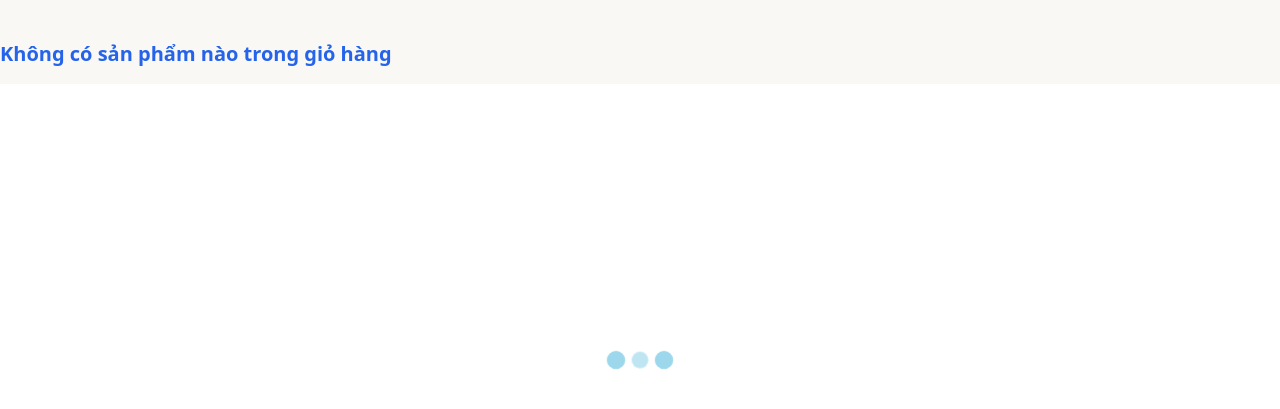
Repository: hungtuan/react-hook-shop
Page: /
These files come from the project's save history. The page is drawn as it stood at one moment and after the next save; the edit follows.
The browser window is 1280 px wide. The pictures show the whole page.
The page's requests for data from a server got no answer. The project was rebuilt for these pictures with package versions that can differ from the ones it lists, and the page was loaded fresh each time. No one was signed in, and anything a server would have sent is missing. Also part of the build but not shown: vite.config.js, src/components/Button/Button.jsx, src/components/ShoppingCard/CardItem.jsx, src/components/ShoppingCart/action.js, src/components/ShoppingCart/CartItem.jsx.

Above is the page before, as saved 2023-11-18 23:55:19.

### index.html
<!DOCTYPE html>
<html lang="en">
    <head>
        <meta charset="UTF-8" />
        <link rel="icon" type="image/svg+xml" href="/vite.svg" />
        <meta name="viewport" content="width=device-width, initial-scale=1.0" />
        <title>Vite + React</title>
        <link rel="stylesheet" href="./style.css" />
    </head>
    <body>
        <div id="root"></div>
        <script type="module" src="/src/main.jsx"></script>
    </body>
</html>

### style.css
/*
! tailwindcss v3.3.5 | MIT License | https://tailwindcss.com
*/

/*
1. Prevent padding and border from affecting element width. (https://github.com/mozdevs/cssremedy/issues/4)
2. Allow adding a border to an element by just adding a border-width. (https://github.com/tailwindcss/tailwindcss/pull/116)
*/

*,
::before,
::after {
  box-sizing: border-box;
  /* 1 */
  border-width: 0;
  /* 2 */
  border-style: solid;
  /* 2 */
  border-color: #e5e7eb;
  /* 2 */
}

::before,
::after {
  --tw-content: '';
}

/*
1. Use a consistent sensible line-height in all browsers.
2. Prevent adjustments of font size after orientation changes in iOS.
3. Use a more readable tab size.
4. Use the user's configured `sans` font-family by default.
5. Use the user's configured `sans` font-feature-settings by default.
6. Use the user's configured `sans` font-variation-settings by default.
*/

html {
  line-height: 1.5;
  /* 1 */
  -webkit-text-size-adjust: 100%;
  /* 2 */
  -moz-tab-size: 4;
  /* 3 */
  -o-tab-size: 4;
     tab-size: 4;
  /* 3 */
  font-family: ui-sans-serif, system-ui, -apple-system, BlinkMacSystemFont, "Segoe UI", Roboto, "Helvetica Neue", Arial, "Noto Sans", sans-serif, "Apple Color Emoji", "Segoe UI Emoji", "Segoe UI Symbol", "Noto Color Emoji";
  /* 4 */
  font-feature-settings: normal;
  /* 5 */
  font-variation-settings: normal;
  /* 6 */
}

/*
1. Remove the margin in all browsers.
2. Inherit line-height from `html` so users can set them as a class directly on the `html` element.
*/

body {
  margin: 0;
  /* 1 */
  line-height: inherit;
  /* 2 */
}

/*
1. Add the correct height in Firefox.
2. Correct the inheritance of border color in Firefox. (https://bugzilla.mozilla.org/show_bug.cgi?id=190655)
3. Ensure horizontal rules are visible by default.
*/

hr {
  height: 0;
  /* 1 */
  color: inherit;
  /* 2 */
  border-top-width: 1px;
  /* 3 */
}

/*
Add the correct text decoration in Chrome, Edge, and Safari.
*/

abbr:where([title]) {
  -webkit-text-decoration: underline dotted;
          text-decoration: underline dotted;
}

/*
Remove the default font size and weight for headings.
*/

h1,
h2,
h3,
h4,
h5,
h6 {
  font-size: inherit;
  font-weight: inherit;
}

/*
Reset links to optimize for opt-in styling instead of opt-out.
*/

a {
  color: inherit;
  text-decoration: inherit;
}

/*
Add the correct font weight in Edge and Safari.
*/

b,
strong {
  font-weight: bolder;
}

/*
1. Use the user's configured `mono` font family by default.
2. Correct the odd `em` font sizing in all browsers.
*/

code,
kbd,
samp,
pre {
  font-family: ui-monospace, SFMono-Regular, Menlo, Monaco, Consolas, "Liberation Mono", "Courier New", monospace;
  /* 1 */
  font-size: 1em;
  /* 2 */
}

/*
Add the correct font size in all browsers.
*/

small {
  font-size: 80%;
}

/*
Prevent `sub` and `sup` elements from affecting the line height in all browsers.
*/

sub,
sup {
  font-size: 75%;
  line-height: 0;
  position: relative;
  vertical-align: baseline;
}

sub {
  bottom: -0.25em;
}

sup {
  top: -0.5em;
}

/*
1. Remove text indentation from table contents in Chrome and Safari. (https://bugs.chromium.org/p/chromium/issues/detail?id=999088, https://bugs.webkit.org/show_bug.cgi?id=201297)
2. Correct table border color inheritance in all Chrome and Safari. (https://bugs.chromium.org/p/chromium/issues/detail?id=935729, https://bugs.webkit.org/show_bug.cgi?id=195016)
3. Remove gaps between table borders by default.
*/

table {
  text-indent: 0;
  /* 1 */
  border-color: inherit;
  /* 2 */
  border-collapse: collapse;
  /* 3 */
}

/*
1. Change the font styles in all browsers.
2. Remove the margin in Firefox and Safari.
3. Remove default padding in all browsers.
*/

button,
input,
optgroup,
select,
textarea {
  font-family: inherit;
  /* 1 */
  font-feature-settings: inherit;
  /* 1 */
  font-variation-settings: inherit;
  /* 1 */
  font-size: 100%;
  /* 1 */
  font-weight: inherit;
  /* 1 */
  line-height: inherit;
  /* 1 */
  color: inherit;
  /* 1 */
  margin: 0;
  /* 2 */
  padding: 0;
  /* 3 */
}

/*
Remove the inheritance of text transform in Edge and Firefox.
*/

button,
select {
  text-transform: none;
}

/*
1. Correct the inability to style clickable types in iOS and Safari.
2. Remove default button styles.
*/

button,
[type='button'],
[type='reset'],
[type='submit'] {
  -webkit-appearance: button;
  /* 1 */
  background-color: transparent;
  /* 2 */
  background-image: none;
  /* 2 */
}

/*
Use the modern Firefox focus style for all focusable elements.
*/

:-moz-focusring {
  outline: auto;
}

/*
Remove the additional `:invalid` styles in Firefox. (https://github.com/mozilla/gecko-dev/blob/2f9eacd9d3d995c937b4251a5557d95d494c9be1/layout/style/res/forms.css#L728-L737)
*/

:-moz-ui-invalid {
  box-shadow: none;
}

/*
Add the correct vertical alignment in Chrome and Firefox.
*/

progress {
  vertical-align: baseline;
}

/*
Correct the cursor style of increment and decrement buttons in Safari.
*/

::-webkit-inner-spin-button,
::-webkit-outer-spin-button {
  height: auto;
}

/*
1. Correct the odd appearance in Chrome and Safari.
2. Correct the outline style in Safari.
*/

[type='search'] {
  -webkit-appearance: textfield;
  /* 1 */
  outline-offset: -2px;
  /* 2 */
}

/*
Remove the inner padding in Chrome and Safari on macOS.
*/

::-webkit-search-decoration {
  -webkit-appearance: none;
}

/*
1. Correct the inability to style clickable types in iOS and Safari.
2. Change font properties to `inherit` in Safari.
*/

::-webkit-file-upload-button {
  -webkit-appearance: button;
  /* 1 */
  font: inherit;
  /* 2 */
}

/*
Add the correct display in Chrome and Safari.
*/

summary {
  display: list-item;
}

/*
Removes the default spacing and border for appropriate elements.
*/

blockquote,
dl,
dd,
h1,
h2,
h3,
h4,
h5,
h6,
hr,
figure,
p,
pre {
  margin: 0;
}

fieldset {
  margin: 0;
  padding: 0;
}

legend {
  padding: 0;
}

ol,
ul,
menu {
  list-style: none;
  margin: 0;
  padding: 0;
}

/*
Reset default styling for dialogs.
*/

dialog {
  padding: 0;
}

/*
Prevent resizing textareas horizontally by default.
*/

textarea {
  resize: vertical;
}

/*
1. Reset the default placeholder opacity in Firefox. (https://github.com/tailwindlabs/tailwindcss/issues/3300)
2. Set the default placeholder color to the user's configured gray 400 color.
*/

input::-moz-placeholder, textarea::-moz-placeholder {
  opacity: 1;
  /* 1 */
  color: #9ca3af;
  /* 2 */
}

input::placeholder,
textarea::placeholder {
  opacity: 1;
  /* 1 */
  color: #9ca3af;
  /* 2 */
}

/*
Set the default cursor for buttons.
*/

button,
[role="button"] {
  cursor: pointer;
}

/*
Make sure disabled buttons don't get the pointer cursor.
*/

:disabled {
  cursor: default;
}

/*
1. Make replaced elements `display: block` by default. (https://github.com/mozdevs/cssremedy/issues/14)
2. Add `vertical-align: middle` to align replaced elements more sensibly by default. (https://github.com/jensimmons/cssremedy/issues/14#issuecomment-634934210)
   This can trigger a poorly considered lint error in some tools but is included by design.
*/

img,
svg,
video,
canvas,
audio,
iframe,
embed,
object {
  display: block;
  /* 1 */
  vertical-align: middle;
  /* 2 */
}

/*
Constrain images and videos to the parent width and preserve their intrinsic aspect ratio. (https://github.com/mozdevs/cssremedy/issues/14)
*/

img,
video {
  max-width: 100%;
  height: auto;
}

/* Make elements with the HTML hidden attribute stay hidden by default */

[hidden] {
  display: none;
}

*, ::before, ::after {
  --tw-border-spacing-x: 0;
  --tw-border-spacing-y: 0;
  --tw-translate-x: 0;
  --tw-translate-y: 0;
  --tw-rotate: 0;
  --tw-skew-x: 0;
  --tw-skew-y: 0;
  --tw-scale-x: 1;
  --tw-scale-y: 1;
  --tw-pan-x:  ;
  --tw-pan-y:  ;
  --tw-pinch-zoom:  ;
  --tw-scroll-snap-strictness: proximity;
  --tw-gradient-from-position:  ;
  --tw-gradient-via-position:  ;
  --tw-gradient-to-position:  ;
  --tw-ordinal:  ;
  --tw-slashed-zero:  ;
  --tw-numeric-figure:  ;
  --tw-numeric-spacing:  ;
  --tw-numeric-fraction:  ;
  --tw-ring-inset:  ;
  --tw-ring-offset-width: 0px;
  --tw-ring-offset-color: #fff;
  --tw-ring-color: rgb(59 130 246 / 0.5);
  --tw-ring-offset-shadow: 0 0 #0000;
  --tw-ring-shadow: 0 0 #0000;
  --tw-shadow: 0 0 #0000;
  --tw-shadow-colored: 0 0 #0000;
  --tw-blur:  ;
  --tw-brightness:  ;
  --tw-contrast:  ;
  --tw-grayscale:  ;
  --tw-hue-rotate:  ;
  --tw-invert:  ;
  --tw-saturate:  ;
  --tw-sepia:  ;
  --tw-drop-shadow:  ;
  --tw-backdrop-blur:  ;
  --tw-backdrop-brightness:  ;
  --tw-backdrop-contrast:  ;
  --tw-backdrop-grayscale:  ;
  --tw-backdrop-hue-rotate:  ;
  --tw-backdrop-invert:  ;
  --tw-backdrop-opacity:  ;
  --tw-backdrop-saturate:  ;
  --tw-backdrop-sepia:  ;
}

::backdrop {
  --tw-border-spacing-x: 0;
  --tw-border-spacing-y: 0;
  --tw-translate-x: 0;
  --tw-translate-y: 0;
  --tw-rotate: 0;
  --tw-skew-x: 0;
  --tw-skew-y: 0;
  --tw-scale-x: 1;
  --tw-scale-y: 1;
  --tw-pan-x:  ;
  --tw-pan-y:  ;
  --tw-pinch-zoom:  ;
  --tw-scroll-snap-strictness: proximity;
  --tw-gradient-from-position:  ;
  --tw-gradient-via-position:  ;
  --tw-gradient-to-position:  ;
  --tw-ordinal:  ;
  --tw-slashed-zero:  ;
  --tw-numeric-figure:  ;
  --tw-numeric-spacing:  ;
  --tw-numeric-fraction:  ;
  --tw-ring-inset:  ;
  --tw-ring-offset-width: 0px;
  --tw-ring-offset-color: #fff;
  --tw-ring-color: rgb(59 130 246 / 0.5);
  --tw-ring-offset-shadow: 0 0 #0000;
  --tw-ring-shadow: 0 0 #0000;
  --tw-shadow: 0 0 #0000;
  --tw-shadow-colored: 0 0 #0000;
  --tw-blur:  ;
  --tw-brightness:  ;
  --tw-contrast:  ;
  --tw-grayscale:  ;
  --tw-hue-rotate:  ;
  --tw-invert:  ;
  --tw-saturate:  ;
  --tw-sepia:  ;
  --tw-drop-shadow:  ;
  --tw-backdrop-blur:  ;
  --tw-backdrop-brightness:  ;
  --tw-backdrop-contrast:  ;
  --tw-backdrop-grayscale:  ;
  --tw-backdrop-hue-rotate:  ;
  --tw-backdrop-invert:  ;
  --tw-backdrop-opacity:  ;
  --tw-backdrop-saturate:  ;
  --tw-backdrop-sepia:  ;
}

.container {
  width: 100%;
}

@media (min-width: 640px) {
  .container {
    max-width: 640px;
  }
}

@media (min-width: 768px) {
  .container {
    max-width: 768px;
  }
}

@media (min-width: 1024px) {
  .container {
    max-width: 1024px;
  }
}

@media (min-width: 1280px) {
  .container {
    max-width: 1280px;
  }
}

@media (min-width: 1536px) {
  .container {
    max-width: 1536px;
  }
}

.fixed {
  position: fixed;
}

.m-auto {
  margin: auto;
}

.ml-2 {
  margin-left: 0.5rem;
}

.ml-3 {
  margin-left: 0.75rem;
}

.mr-3 {
  margin-right: 0.75rem;
}

.mt-2 {
  margin-top: 0.5rem;
}

.mt-7 {
  margin-top: 1.75rem;
}

.mt-20 {
  margin-top: 5rem;
}

.flex {
  display: flex;
}

.inline-flex {
  display: inline-flex;
}

.table {
  display: table;
}

.grid {
  display: grid;
}

.h-6 {
  height: 1.5rem;
}

.h-64 {
  height: 16rem;
}

.w-6 {
  width: 1.5rem;
}

.w-72 {
  width: 18rem;
}

.w-full {
  width: 100%;
}

.max-w-7xl {
  max-width: 80rem;
}

.table-auto {
  table-layout: auto;
}

.border-collapse {
  border-collapse: collapse;
}

.grid-cols-4 {
  grid-template-columns: repeat(4, minmax(0, 1fr));
}

.items-center {
  align-items: center;
}

.justify-center {
  justify-content: center;
}

.justify-between {
  justify-content: space-between;
}

.gap-4 {
  gap: 1rem;
}

.rounded-full {
  border-radius: 9999px;
}

.border {
  border-width: 1px;
}

.border-blue-700 {
  --tw-border-opacity: 1;
  border-color: rgb(29 78 216 / var(--tw-border-opacity));
}

.border-slate-500 {
  --tw-border-opacity: 1;
  border-color: rgb(100 116 139 / var(--tw-border-opacity));
}

.border-slate-700 {
  --tw-border-opacity: 1;
  border-color: rgb(51 65 85 / var(--tw-border-opacity));
}

.border-yellow-800 {
  --tw-border-opacity: 1;
  border-color: rgb(133 77 14 / var(--tw-border-opacity));
}

.object-cover {
  -o-object-fit: cover;
     object-fit: cover;
}

.px-0 {
  padding-left: 0px;
  padding-right: 0px;
}

.px-3 {
  padding-left: 0.75rem;
  padding-right: 0.75rem;
}

.py-0 {
  padding-top: 0px;
  padding-bottom: 0px;
}

.py-1 {
  padding-top: 0.25rem;
  padding-bottom: 0.25rem;
}

.py-2 {
  padding-top: 0.5rem;
  padding-bottom: 0.5rem;
}

.py-4 {
  padding-top: 1rem;
  padding-bottom: 1rem;
}

.pb-8 {
  padding-bottom: 2rem;
}

.pt-6 {
  padding-top: 1.5rem;
}

.text-justify {
  text-align: justify;
}

.text-2xl {
  font-size: 1.5rem;
  line-height: 2rem;
}

.text-lg {
  font-size: 1.125rem;
  line-height: 1.75rem;
}

.text-sm {
  font-size: 0.875rem;
  line-height: 1.25rem;
}

.text-xl {
  font-size: 1.25rem;
  line-height: 1.75rem;
}

.font-bold {
  font-weight: 700;
}

.italic {
  font-style: italic;
}

.text-\[\#beaeaa\] {
  --tw-text-opacity: 1;
  color: rgb(190 174 170 / var(--tw-text-opacity));
}

.text-amber-500 {
  --tw-text-opacity: 1;
  color: rgb(245 158 11 / var(--tw-text-opacity));
}

.text-gray-400 {
  --tw-text-opacity: 1;
  color: rgb(156 163 175 / var(--tw-text-opacity));
}

.text-green-600 {
  --tw-text-opacity: 1;
  color: rgb(22 163 74 / var(--tw-text-opacity));
}

.line-through {
  text-decoration-line: line-through;
}

.shadow-md {
  --tw-shadow: 0 4px 6px -1px rgb(0 0 0 / 0.1), 0 2px 4px -2px rgb(0 0 0 / 0.1);
  --tw-shadow-colored: 0 4px 6px -1px var(--tw-shadow-color), 0 2px 4px -2px var(--tw-shadow-color);
  box-shadow: var(--tw-ring-offset-shadow, 0 0 #0000), var(--tw-ring-shadow, 0 0 #0000), var(--tw-shadow);
}

.transition {
  transition-property: color, background-color, border-color, text-decoration-color, fill, stroke, opacity, box-shadow, transform, filter, -webkit-backdrop-filter;
  transition-property: color, background-color, border-color, text-decoration-color, fill, stroke, opacity, box-shadow, transform, filter, backdrop-filter;
  transition-property: color, background-color, border-color, text-decoration-color, fill, stroke, opacity, box-shadow, transform, filter, backdrop-filter, -webkit-backdrop-filter;
  transition-timing-function: cubic-bezier(0.4, 0, 0.2, 1);
  transition-duration: 150ms;
}

.ct-table-col {
  border-width: 1px;
  --tw-border-opacity: 1;
  border-color: rgb(51 65 85 / var(--tw-border-opacity));
  padding-left: 0.75rem;
}

.ct-btn-primary {
  --tw-border-opacity: 1;
  border-color: rgb(74 222 128 / var(--tw-border-opacity));
}

.hover\:bg-yellow-800:hover {
  --tw-bg-opacity: 1;
  background-color: rgb(133 77 14 / var(--tw-bg-opacity));
}

.hover\:bg-green-400:hover {
  --tw-bg-opacity: 1;
  background-color: rgb(74 222 128 / var(--tw-bg-opacity));
}

.hover\:text-white:hover {
  --tw-text-opacity: 1;
  color: rgb(255 255 255 / var(--tw-text-opacity));
}

### src/main.jsx
import React from "react";
import ReactDOM from "react-dom/client";
import App from "./App.jsx";
import "./index.css";
import Provider from "./store/Provider.jsx";
ReactDOM.createRoot(document.getElementById("root")).render(
    // <React.StrictMode>
    <Provider>
        <App />
    </Provider>
    //</React.StrictMode>
);

### src/App.jsx
import React from "react";
import CardList from "./components/ShoppingCard/CardList";
import { ToastContainer } from "react-toastify";
import "react-toastify/dist/ReactToastify.css";
import CartList from "./components/ShoppingCart/CartList";
import Loading from "./components/Loading/Loading";
export default function App() {
  return (
    <>
      <Loading />
      <ToastContainer
        position="top-right"
        autoClose={3000}
        hideProgressBar={false}
        newestOnTop={false}
        closeOnClick
        rtl={false}
        pauseOnFocusLoss
        draggable
        pauseOnHover
        theme="light"
      />
      <div className="container m-auto max-w-7xl pt-6 bg-[#F9F8F4]">
        <CardList />
        <CartList />
      </div>
    </>
  );
}

### src/index.css
@tailwind base;
@tailwind components;
@tailwind utilities;

.ct-table-col {
    @apply border border-slate-700 pl-3;
}

.ct-btn-primary {
    @apply border-green-400;
}

### src/store/Provider.jsx
import { useReducer } from "react";
import Context from "./Context";
import reducer, { initState } from "./Reducer";
function Provider({ children }) {
    const [state, dispatch] = useReducer(reducer, initState);
    return (
        <Context.Provider value={[state, dispatch]}>
            {children}
        </Context.Provider>
    );
}

export default Provider;

### src/components/ShoppingCard/CardList.jsx
import React, { useEffect, useContext } from "react";
import CardItem from "./CardItem";
import getProductList from "./getProductList";
import validateUser from "../../assets/js/validateUser";
import Context from "../../store/Context";

export default function CardList() {
  const [state, dispatch] = useContext(Context);

  const { products } = state;

  const getProduct = async () => {
    try {
      await dispatch({
        type: "loading/switch",
      });

      const data = await getProductList();

      await dispatch({
        type: "products/updateProducts",
        payload: data.listProduct,
      });

      await validateUser();

      dispatch({
        type: "loading/switch",
      });
    } catch (error) {
      console.error("Error fetching product data:", error);
    }
  };

  useEffect(() => {
    getProduct();
  }, []);

  return (
    <div className="card-list grid grid-cols-4 gap-4">
      {products.map((product) => (
        <CardItem
          key={product._id}
          id={product._id}
          productName={product.name}
          productPrice={product.price}
          productImg={product.image}
          productQuantity={product.quantity}
        />
      ))}
    </div>
  );
}

### src/components/ShoppingCart/CartList.jsx
import React, { useContext } from "react";
import CartItem from "./CartItem";
import Button from "../Button/Button";
import Context from "../../store/Context";
import payment from "./payment";
import calculateTotal from "./calculateTotal";
export default function CartList() {
  const [state, dispatch] = useContext(Context);
  const { productsCart } = state;
  const { totalPrice, totalQuantity } = calculateTotal(productsCart);
  return productsCart.length ? (
    <div className="cart-list pb-8">
      <table className="table-auto w-full border-collapse border border-slate-500 mt-7">
        <thead>
          <tr>
            <th className="border border-slate-700">Tên sản phẩm</th>
            <th className="border border-slate-700">Số lượng</th>
            <th className="border border-slate-700">Số lượng còn lại</th>
            <th className="border border-slate-700">Tổng tiền</th>
            <th className="border border-slate-700">Hành động</th>
          </tr>
        </thead>
        <tbody>
          {productsCart.map((productCart) => {
            return (
              <CartItem
                key={productCart.id}
                id={productCart.id}
                name={productCart.name}
                quantity={productCart.quantity}
                price={productCart.price}
              />
            );
          })}
          <tr>
            <td className="text-lg font-bold ct-table-col">Thành tiền</td>
            <td className="ct-table-col">{totalQuantity}</td>
            <td></td>
            <td className="ct-table-col">{totalPrice}</td>
            <td className="ct-table-col">
              <Button
                classStyle="ct-btn-primary hover:bg-green-400"
                onClick={async () => {
                  await dispatch({
                    type: "loading/switch",
                  });
                  const data = await payment(state);
                  dispatch({
                    type: "loading/switch",
                  });
                  if (data) {
                    dispatch({
                      type: "product/makeEmpty",
                    });
                    for (var i = 0; i < state.productsCart.length; i++) {
                      state.productsCart[i].setProduct({
                        quantity: 0,
                        price: 0,
                      });
                    }
                  }
                }}
              >
                Thanh toán
              </Button>
            </td>
          </tr>
        </tbody>
      </table>
    </div>
  ) : (
    <h3 className="font-bold text-xl text-blue-600 py-4">
      Không có sản phẩm nào trong giỏ hàng
    </h3>
  );
}

### src/components/Loading/Loading.jsx
import React, { useContext, CSSProperties } from "react";
import Context from "../../store/Context";
import BeatLoader from "react-spinners/BeatLoader";
export default function Loading() {
  const [state] = useContext(Context);
  const { loading } = state;
  return (
    <BeatLoader
      color="#77C8E4"
      loading={loading}
      cssOverride={{
        position: "fixed",
        inset: 0,
        zIndex: 9999,
        display: "flex",
        alignItems: "center",
        justifyContent: "center",
      }}
      size={20}
      aria-label="Loading Spinner"
      data-testid="loader"
    />
  );
}

### src/store/Context.jsx
import { createContext } from "react";
const Context = createContext();
export default Context;

### src/store/Reducer.jsx
import {
    impactProduct,
    filterLatestProducts,
} from "../components/ShoppingCart/payment";

const initState = {
    products: [],
    productsCart: [],
    loading: false,
};

function reducer(state, action) {
    switch (action.type) {
        case "products/updateProducts":
            return { ...state, products: action.payload };
        case "products/addCart":
            const products = filterLatestProducts([
                ...state.productsCart,
                action.payload,
            ]);
            return {
                ...state,
                productsCart: products,
            };
        case "product/makeEmpty":
            return {
                ...state,
                productsCart: [],
            };
        case "loading/switch":
            return {
                ...state,
                loading: !state.loading,
            };
        case "cart/decrease":
            return {
                ...state,
                productsCart: impactProduct(
                    state.productsCart,
                    action.payload,
                    "decrease",
                    state
                ),
            };
        case "cart/increase":
            return {
                ...state,
                productsCart: impactProduct(
                    state.productsCart,
                    action.payload,
                    "increase",
                    state
                ),
            };
        case "cart/remove":
            return {
                ...state,
                productsCart: impactProduct(
                    state.productsCart,
                    action.payload,
                    "remove",
                    state
                ),
            };
    }
}

export { initState };
export default reducer;

### src/components/ShoppingCard/getProductList.js
import { handleLogic } from "../../assets/js/script";

export default async function getProductList() {
    const { data } = await handleLogic.getListProduct({ limit: 8 });
    return data;
}

### src/components/ShoppingCart/calculateTotal.js
const calculateTotal = (productsCart) => {
    if (productsCart.length === 0) {
        return { totalPrice: 0, totalQuantity: 0 };
    }
    const totalPrice = productsCart.reduce((acc, curr) => {
        return acc + curr.price;
    }, 0);
    const totalQuantity = productsCart.reduce((acc, curr) => {
        return acc + curr.quantity;
    }, 0);
    return { totalPrice, totalQuantity };
};
export default calculateTotal;

### src/assets/js/script.js
import { client } from "./client.js";

export const handleLogic = {
    getAPIKey: async function (query = {}) {
        const queryString = new URLSearchParams(query).toString();
        const { data } = await client.get(`/api-key?${queryString}`);
        if (data.status_code === "SUCCESS") {
            const apiKey = data.data.apiKey;
            localStorage.setItem("apiKey", apiKey);
        }
        return data;
    },

    getProfile: async function () {
        const apiKey = localStorage.getItem("apiKey");
        const { data } = await client.get(`/users/profile`, apiKey);
        return data;
    },

    getListProduct: async function (query = {}) {
        const queryString = new URLSearchParams(query).toString();
        const { data } = await client.get(`/products?${queryString}`);
        return data;
    },

    postPayment: async function (body) {
        const apiKey = localStorage.getItem("apiKey");
        const { data } = await client.post(`/orders`, body, apiKey);
        return data;
    },
};

### src/assets/js/client.js
import { config } from "./config.js";
const { SERVER_API } = config;
// Định nghĩa các phương thức call api
export const client = {
    serverApi: SERVER_API,
    setUrl: function (url) {
        this.serverApi = url;
    },
    send: async function (url, method = "GET", body = null, apiKey = null) {
        url = `${this.serverApi}${url}`;

        const headers = {
            "Content-Type": "application/json",
        };

        if (apiKey) {
            headers["X-Api-Key"] = apiKey;
        }
        const options = {
            method,
            headers,
        };

        if (body !== null) {
            options.body = JSON.stringify(body);
        }
        const response = await fetch(url, options);

        const data = await response.json();
        return { response, data };
    },
    get: function (url, apiKey = null) {
        return this.send(url, "GET", null, apiKey);
    },
    post: function (url, body = {}, apiKey = null) {
        return this.send(url, "POST", body, apiKey);
    },
    put: function (url, body = {}, apiKey = null) {
        return this.send(url, "PUT", body, apiKey);
    },
    patch: function (url, body = {}, apiKey = null) {
        return this.send(url, "PATCH", body, apiKey);
    },
    delete: function (url, apiKey = null) {
        return this.send(url, "DELETE", null, apiKey);
    },
};

### src/assets/js/config.js
export const config = {
    SERVER_API: "https://api-exercise-sopi.vercel.app/api/v1",
};

Loaded but not shown: tailwind.config.js (common file); src/components/ShoppingCart/payment.js (98 lines, source omitted); src/assets/js/validateUser.js (60 lines, source omitted)

After the next save:
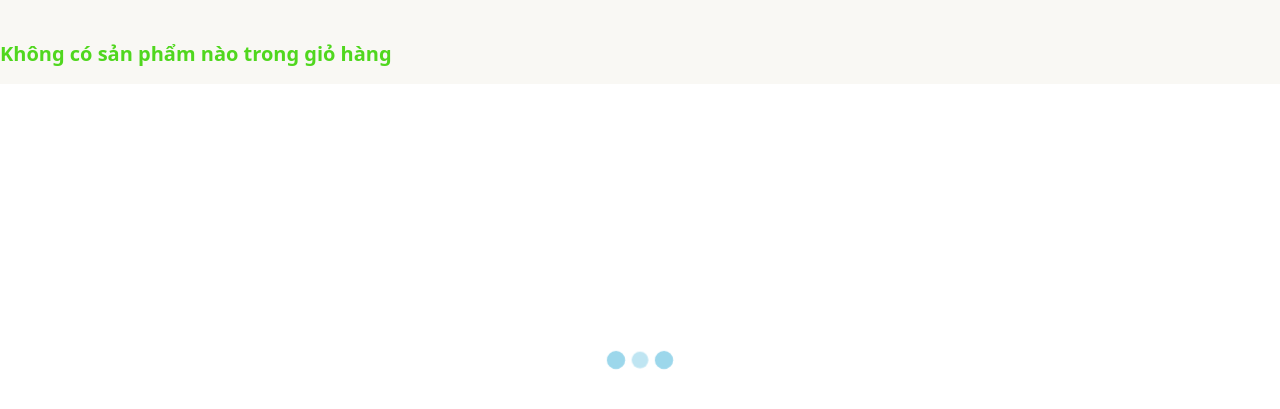
Saved 33 s later.
--- a/src/components/ShoppingCart/CartList.jsx
+++ b/src/components/ShoppingCart/CartList.jsx
@@ -69,7 +69,7 @@
       </table>
     </div>
   ) : (
-    <h3 className="font-bold text-xl text-blue-600 py-4">
+    <h3 className="font-bold text-xl text-[#50d71e] py-4">
       Không có sản phẩm nào trong giỏ hàng
     </h3>
   );
